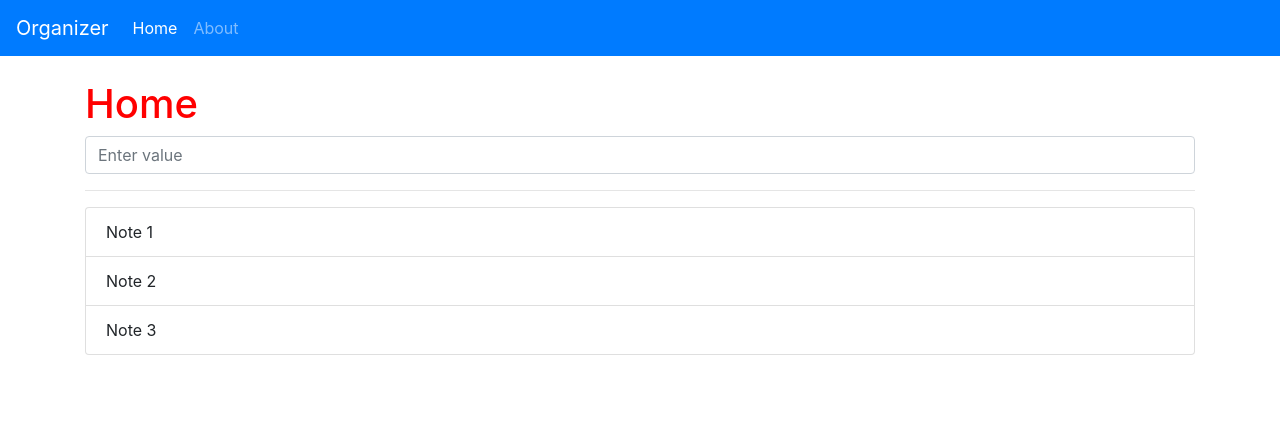
Repository: GregorPiev/orginizer-react-advanced
Page: /
These files come from the project's save history. The page is drawn as it stood at one moment and after the next save; the edit follows.
The browser window is 1280 px wide. The pictures show the whole page.
The project was rebuilt for these pictures with package versions that can differ from the ones it lists, and the page was loaded fresh each time. Also part of the build but not shown: src/pages/About/About.scss, src/pages/About/About.js.

Above is the page before, as saved 2020-08-24 11:22:47.

After the next save:
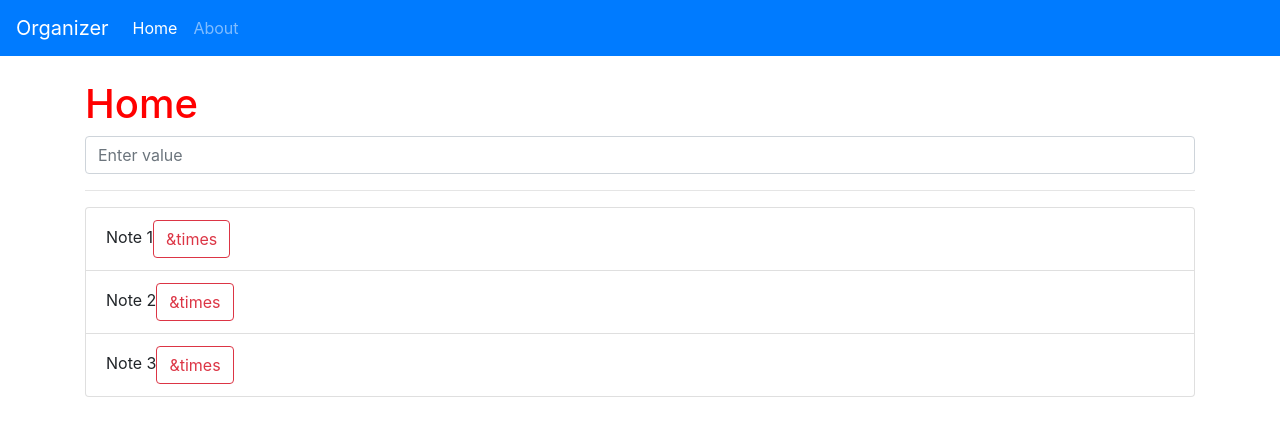
Saved 91 s later.
--- a/src/components/Notes.js
+++ b/src/components/Notes.js
@@ -9,6 +9,8 @@ export const Notes = ({ notes }) => {
                     key={note.id}
                     className="list-group-item">
                     {note.title}
+
+                    <button type="button" className="btn btn-outline-danger">&times</button>
                 </li>
             ))}
         </ul>
